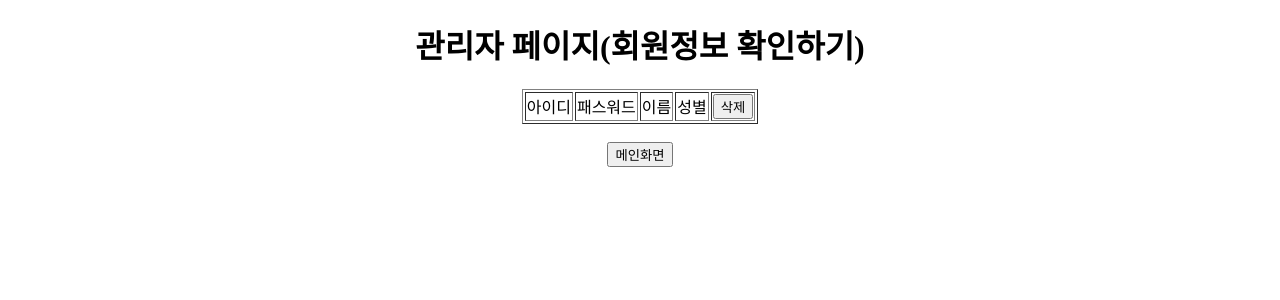
Repository: BEOMJINI/greenJsp
Page: http://localhost/basic/02.22/로그인구현실습/01_12_adminUserList.jsp
These files come from the project's save history. The page is drawn as it stood at one moment and after the next save; the edit follows.
The browser window is 1280 px wide. The pictures show the whole page.
The page is served by Tomcat 9.

Above is the page before, as saved 2023-02-22 03:40:34.

After the next save:
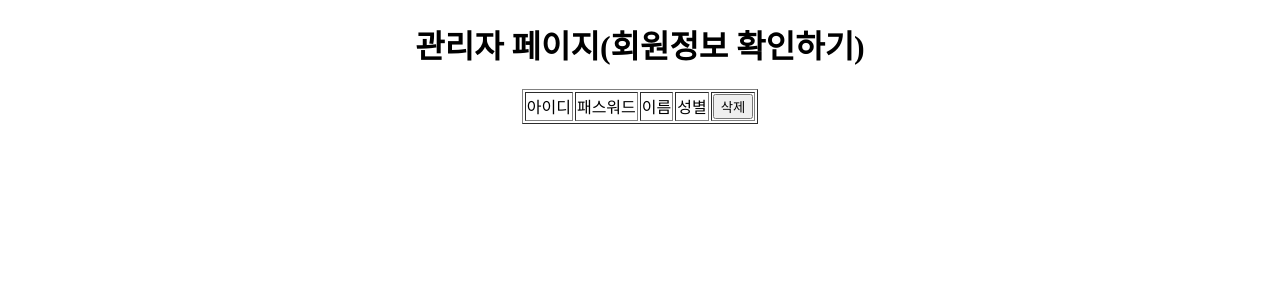
Saved 17 s later.
--- a/jspWorkspace/basic/src/main/webapp/02.22/로그인구현실습/01_12_adminUserList.jsp
+++ b/jspWorkspace/basic/src/main/webapp/02.22/로그인구현실습/01_12_adminUserList.jsp
@@ -23,10 +23,7 @@
 			</table>
 		</form>
 		<br>
-		<input type="button" value="메인화면" onclick="window.location.href='02_main.jsp'">
-		<!--
-		<a href="02_main.jsp"> 메인화면 </a>
-		-->
+
 	</div>
 </body>
 </html>
